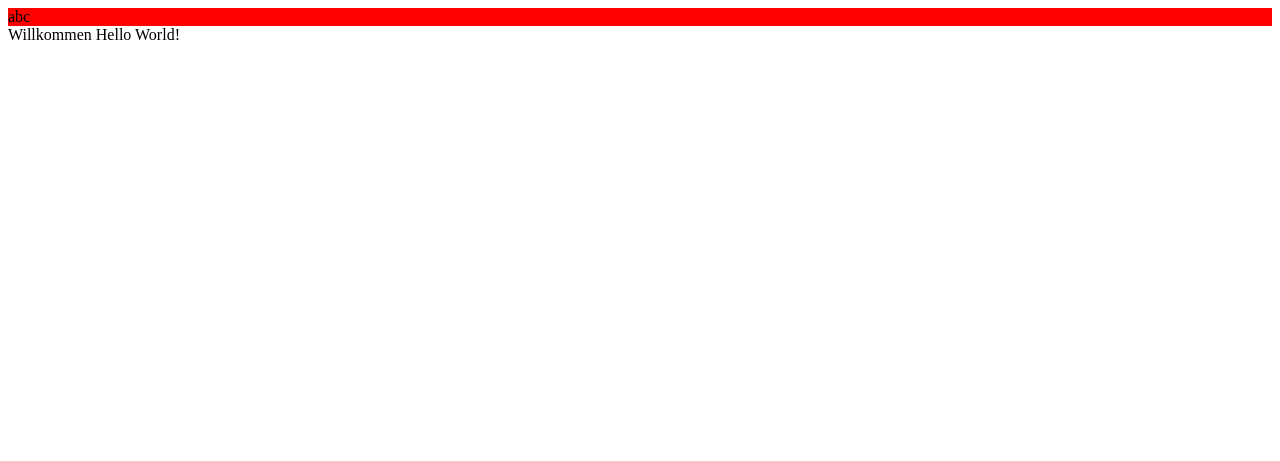
Repository: learoncero/SEProjektUebung
Page: http://localhost/HikingSoftware/
An editor plug-in stored every save of this project. The page is shown before and after the next save, followed by the edit.
The browser window is 1280 px wide. The pictures show the whole page.
The page is served by Tomcat 9.

Above is the page before, as saved 2023-10-17 08:59:17.

After the next save:
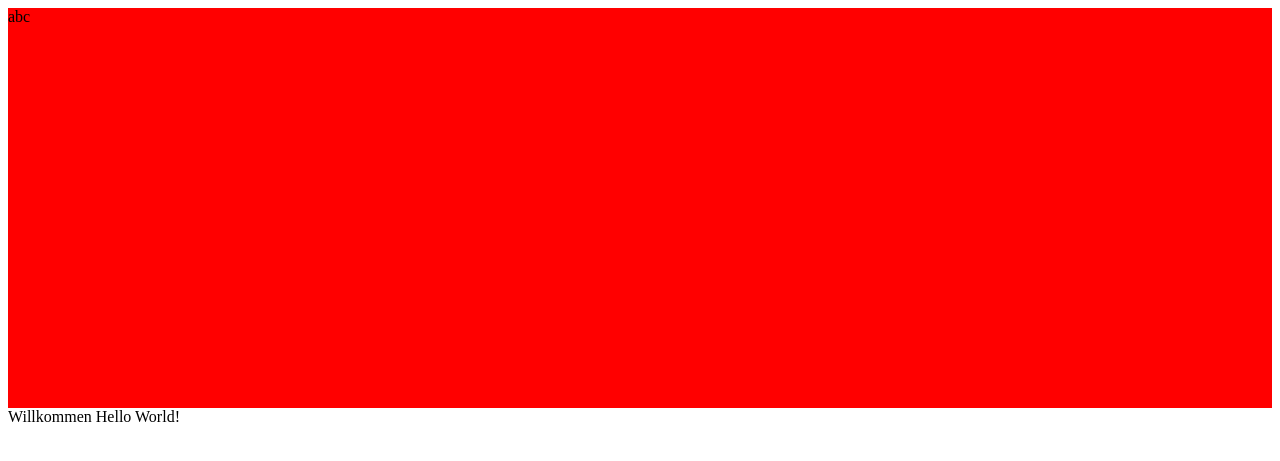
Saved 17 s later.
--- a/HikingSoftware/src/main/webapp/index.jsp
+++ b/HikingSoftware/src/main/webapp/index.jsp
@@ -8,7 +8,7 @@
 </head>
 <body>
 
-<div style="background-color:red; width=100%; height=1000px">abc</div>
+<div style="background-color:red; width:100%; height:400px">abc</div>
 
 
 	<% out.println("Willkommen Hello World!"); %>
